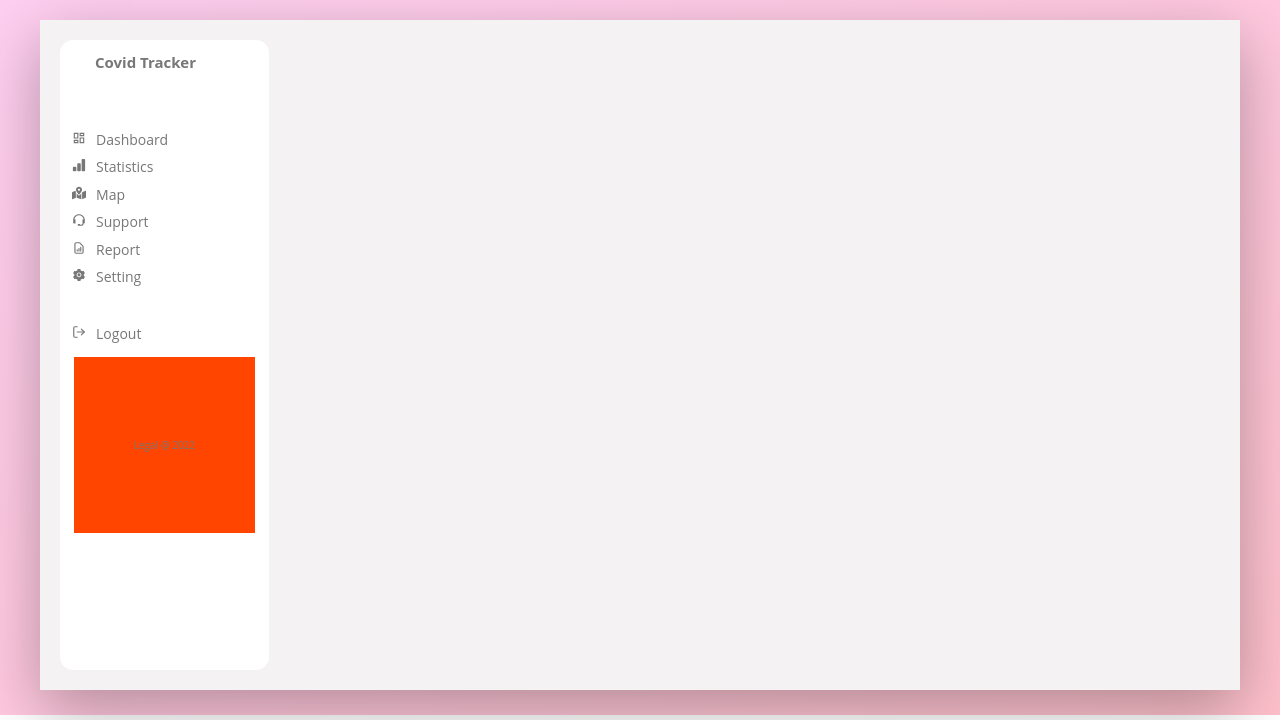
Repository: okidijimmy200/CovidAdminTracker
Page: /
These files come from the project's save history. The page is drawn as it stood at one moment and after a run of saves; the edit follows.
The browser window is 1280 px wide. The pictures show the whole page.
The project was rebuilt for these pictures with package versions that can differ from the ones it lists, and the page was loaded fresh each time.

Above is the page before, as saved 2022-06-16 12:15:49.

### public/index.html
<!DOCTYPE html>
<html lang="en">
  <head>
    <meta charset="utf-8" />
    <link rel="icon" href="%PUBLIC_URL%/favicon.ico" />
    <meta name="viewport" content="width=device-width, initial-scale=1" />
    <meta name="theme-color" content="#000000" />
    <meta
      name="description"
      content="Web site created using create-react-app"
    />
    <link rel="apple-touch-icon" href="%PUBLIC_URL%/logo192.png" />
    <!--
      manifest.json provides metadata used when your web app is installed on a
      user's mobile device or desktop. See https://developers.google.com/web/fundamentals/web-app-manifest/
    -->
    <link rel="manifest" href="%PUBLIC_URL%/manifest.json" />
    <!--
      Notice the use of %PUBLIC_URL% in the tags above.
      It will be replaced with the URL of the `public` folder during the build.
      Only files inside the `public` folder can be referenced from the HTML.

      Unlike "/favicon.ico" or "favicon.ico", "%PUBLIC_URL%/favicon.ico" will
      work correctly both with client-side routing and a non-root public URL.
      Learn how to configure a non-root public URL by running `npm run build`.
    -->
    <title>Covid Admin Tracker</title>
  </head>
  <body>
    <noscript>You need to enable JavaScript to run this app.</noscript>
    <div id="root"></div>
    <!--
      This HTML file is a template.
      If you open it directly in the browser, you will see an empty page.

      You can add webfonts, meta tags, or analytics to this file.
      The build step will place the bundled scripts into the <body> tag.

      To begin the development, run `npm start` or `yarn start`.
      To create a production bundle, use `npm run build` or `yarn build`.
    -->
  </body>
</html>

### src/index.scss
:root {
  --color-primary:#eb2f64;
  --color-primary-light:#ffcff1;
  --color-primary-dark:#ffc1cc;
  --color-grey-light-1: #faf9f9;
  --color-grey-light-2: #f4f2f2;
  --color-grey-light-3: #f0eeee;
  --color-grey-light-4: #ccc;
  --color-grey-dark-1: #333;
  --color-grey-dark-2: #777;
  --color-grey-dark-3: #999;

  // creating variable for box
  --shadow-dark: 0 2rem 6rem rgba(0, 0, 0, 0.3);

  --shadow-light: 0 2rem 5rem rgba(0,0,0,.06);
}


* {
  margin: 0;
  padding: 0;
}
*,
*::before,
*::after {
  box-sizing: inherit;
}

html {
  box-sizing: border-box;
  font-size: 62.5%;

}

body {
  font-family: 'Open Sans', sans-serif;
  font-weight: 400;
  line-height: 1.6;
  color: var(--color-grey-dark-2);
  background-image: linear-gradient(to right bottom, var(--color-primary-light), var(--color-primary-dark));
  background-size: cover;
  background-repeat: no-repeat;
  min-height: 96.5vh;
}

### src/App.tsx
import React from 'react';
import Sidebar from './sidebar/sidebar';
import Content from './core/content';
import './App.scss';

function App() {
  return (
    <div data-testid='container' className="container">
      <div className="content">
      <Sidebar />
      <Content />
      </div>

    </div>
  );
}

export default App;

### src/sidebar/sidebar.tsx
import React from 'react'
import {MdOutlineDashboard  } from 'react-icons/md'
import { BsFillBarChartFill } from 'react-icons/bs'
import { FaMapMarkedAlt } from 'react-icons/fa'
import { BiSupport } from 'react-icons/bi'
import { HiOutlineDocumentReport } from 'react-icons/hi'
import { AiFillSetting } from 'react-icons/ai'
import { FiLogOut } from 'react-icons/fi'

import './sidebar.scss'

export default function sidebar() {
  return (
    <>
    <nav className="sidebar">
        <h2 className='title'>Covid Tracker</h2>
        <div className='sidebar-flex'>
            <div>
            <ul className="side-nav">
            <li className="side-nav__item side-nav__item--active">
                <span className='side-nav__icon'><MdOutlineDashboard /></span>
                    <span>Dashboard</span>
            </li>
            <li className="side-nav__item">
                {/* <a href="#" class="side-nav__link"> */}
                    <span className="side-nav__icon">
                        <BsFillBarChartFill />
                        {/* <use xlink:href="img/spritspam#icon-aircraft-take-off"></use> */}
                    </span>
                    <span>Statistics</span>
                {/* </a> */}
            </li>
            <li className="side-nav__item">
                {/* <a href="#" class="side-nav__link"> */}
                    <span className="side-nav__icon">
                        <FaMapMarkedAlt />
                        {/* <use xlink:href="img/sprite.svg#icon-key"></use> */}
                    </span>
                    <span>Map</span>
                {/* </a> */}
            </li>
            <li className="side-nav__item">
                {/* <a href="#" className="side-nav__link"> */}
                    <span className="side-nav__icon">
                        {/* <use xlink:href="img/sprite.svg#icon-map"></use> */}
                        <BiSupport />
                    </span>
                    <span>Support</span>
                {/* </a> */}
            </li>
            <li className="side-nav__item">
                {/* <a href="#" className="side-nav__link"> */}
                    <span className="side-nav__icon">
                        {/* <use xlink:href="img/sprite.svg#icon-map"></use> */}
                        <HiOutlineDocumentReport />
                    </span>
                    <span>Report</span>
                {/* </a> */}
            </li>
            <li className="side-nav__item">
                {/* <a href="#" className="side-nav__link"> */}
                    <span className="side-nav__icon">
                        {/* <use xlink:href="img/sprite.svg#icon-map"></use> */}
                        <AiFillSetting />
                    </span>
                    <span>Setting</span>
                {/* </a> */}
            </li>
        </ul>
            </div>
            <div>
                <ul className="side-nav ">
                <li className="side-nav__item">
                <span className="side-nav__icon">
                        {/* <use xlink:href="img/sprite.svg#icon-map"></use> */}
                        <FiLogOut />
                    </span>
                <span>Logout</span>
            </li>
                </ul>

            </div>

        <div className="download">
            Legal @ 2022
        </div>
        </div>
    </nav>
</>
  )
}

### src/core/content.tsx
import React from 'react'

import './content.scss'

export default function Content() {
  return (
    <main className="hotel-view">
    </main>
  )
}

### src/App.scss
.container {
  max-width: 120rem;
  // centering in the view port
  margin: 2rem auto;
  background-color: var(--color-grey-light-2);
  // box-shadow:;
  box-shadow: var(--shadow-dark);

  // min height for testing
  // min-height: 60rem;

}

.content {
  display: flex;
  min-height: 93vh;
  padding: 2rem;
}

### src/sidebar/sidebar.scss

.sidebar {
    // styling the sidebar
    background-color: #fff;
    // flex property to define width, grow 0, shrink 0
    flex: 0 0 18%;
    // to create alot of space in the container for legal text
    border-radius: 1.3rem;
}

.side-nav {
    // adding font size
    font-size: 1.4rem;
    list-style: none;
    margin-top: 3.5rem;

    &__1 {
        margin-top: 2.5rem;
    }

   &__item {
       // parent element set to relative to element the hover effect
       position: relative;
       cursor: pointer;
       margin-left: 1.2rem;

       // to create space btn the items
       &:not(:last-child) {
           margin-bottom: .5rem;
       }
   }

   // this shd be visible only when we hover the item
   &__item:hover::before,
   // to make one of the li items initially highlighted
   &__item--active::before {
       width: 100%;
   }

   // to show the item as selected
   &__item:active::before {
       background-color: #fff;
   }


   &__link:link,
   &__link:visited {
    //    color: var(--color-grey-light-1);
       text-decoration: none;
       text-transform: uppercase;
       display: inline-block;
       padding: 1.5rem 3rem;
       // z-index only works with positioning
       position: relative;
       z-index: 10;
       // to align items in straight line
       display: flex;
       align-items: center;
   }

   &__icon {
       // reduce size of icons
       width: 1.75rem;
       height: 1.75rem;
       margin-right: 1rem;
       // current color is the color of the current element
       fill:currentColor;
   }
}
.logout {
    margin-top: 10rem;
}
.sidebar-flex {
    display: flex;
    flex-direction: column;
    height: 45rem;
}
.title {
    padding: 1rem 2rem 2rem 3.5rem;
}

.download {
    padding: 8rem 6rem;
    margin: auto;
    background-color: orangered;
}

### src/core/content.scss
.hotel-view {
    // background-color: #fff;
    // to make the hotel-view cover up the remaining space
    flex: 1;
    margin-left: 2rem;
}

Loaded but not shown: src/index.tsx (common file); src/reportWebVitals.ts (common file)

After the next 2 saves:
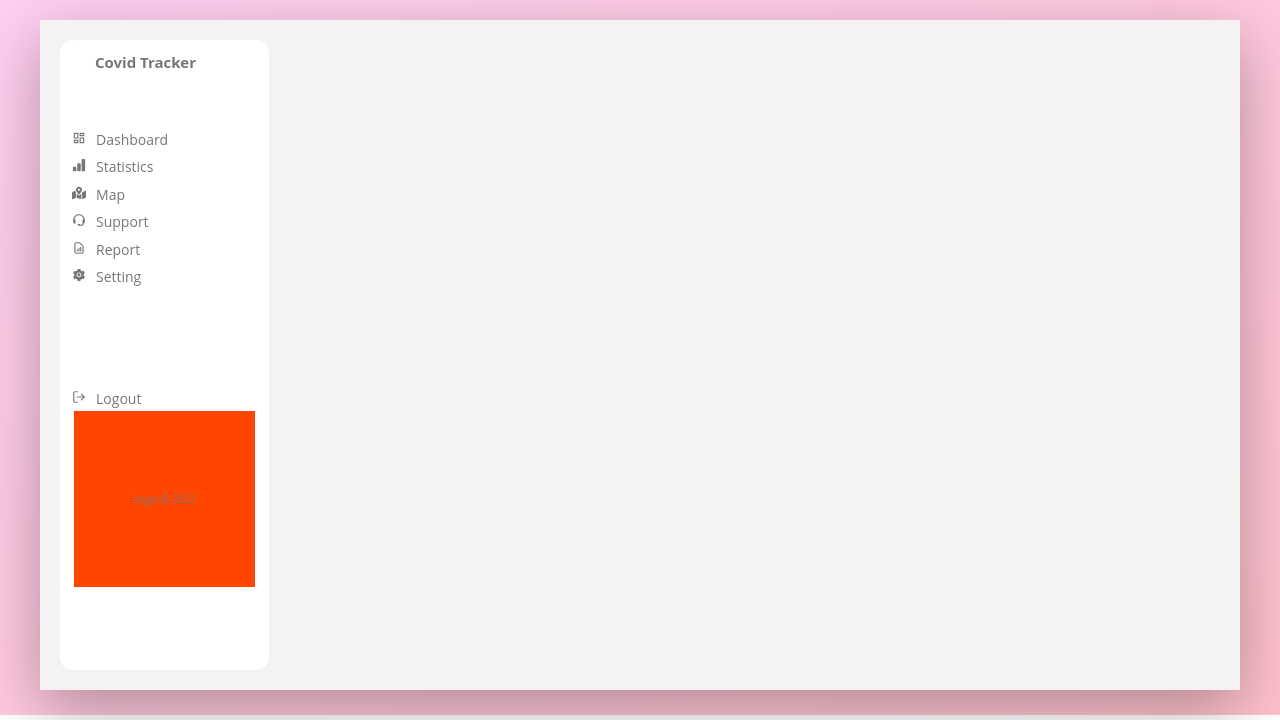
The 2 saves are shown as one change because they came seconds apart.
The last was saved 10 s later.
--- a/src/sidebar/sidebar.tsx
+++ b/src/sidebar/sidebar.tsx
@@ -69,7 +69,7 @@ export default function sidebar() {
         </ul>
             </div>
             <div>
-                <ul className="side-nav ">
+                <ul className="side-nav logout">
                 <li className="side-nav__item">
                 <span className="side-nav__icon">
                         {/* <use xlink:href="img/sprite.svg#icon-map"></use> */}
